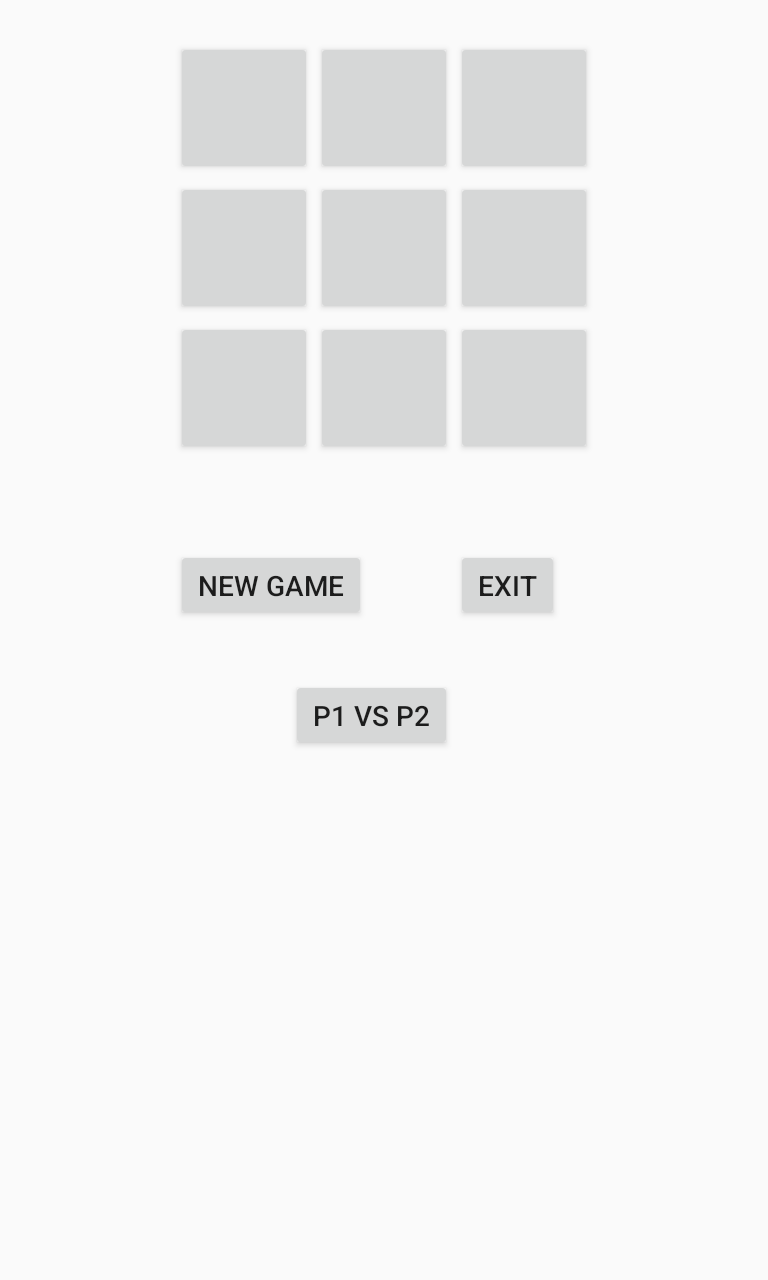
Repository: dtakiy/jogovelha
Layout: games/res/layout/activity_atividade2.xml
The author's editor kept a copy of each file at every save. The layout is drawn from the files as they stood at one save, then again after the next save.
It is drawn on a 768 x 1280 px phone screen (xhdpi) without system bars, with theme AppTheme; the app's code is not run.

Above is the layout before, as saved 2014-09-18 01:27:08.

### games/res/layout/activity_atividade2.xml
<?xml version="1.0" encoding="utf-8"?>
<RelativeLayout xmlns:android="http://schemas.android.com/apk/res/android"
    android:layout_width="match_parent"
    android:layout_height="match_parent"
    android:orientation="vertical" >

<Button
	    android:id="@+id/sq6"
	    android:layout_width="wrap_content"
	    android:layout_height="wrap_content"
	    android:layout_alignBaseline="@+id/sq5"
	    android:layout_alignBottom="@+id/sq5"
	    android:layout_toRightOf="@+id/sq5"
	    android:minHeight="70dip"
	    android:minWidth="70dip" />

	<Button
	    android:id="@+id/sq8"
	    android:layout_width="wrap_content"
	    android:layout_height="wrap_content"
	    android:layout_alignBaseline="@+id/sq7"
	    android:layout_alignBottom="@+id/sq7"
	    android:layout_toRightOf="@+id/sq4"
	    android:minHeight="70dip"
	    android:minWidth="70dip" />

	<Button
	    android:id="@+id/sq3"
	    android:layout_width="wrap_content"
	    android:layout_height="wrap_content"
	    android:layout_alignLeft="@+id/sq9"
	    android:layout_below="@+id/sq5"
	    android:minHeight="70dip"
	    android:minWidth="70dip" />

	<Button
	    android:id="@+id/sq5"
	    android:layout_width="wrap_content"
	    android:layout_height="wrap_content"
	    android:layout_below="@+id/sq1"
	    android:layout_toRightOf="@+id/sq1"
	    android:minHeight="70dip"
	    android:minWidth="70dip" />

	<Button
	    android:id="@+id/sq2"
	    android:layout_width="wrap_content"
	    android:layout_height="wrap_content"
	    android:layout_alignBaseline="@+id/sq9"
	    android:layout_alignBottom="@+id/sq9"
	    android:layout_centerHorizontal="true"
	    android:minHeight="70dip"
	    android:minWidth="70dip" />

	<Button
	    android:id="@+id/sq1"
	    android:layout_width="wrap_content"
	    android:layout_height="wrap_content"
	    android:layout_alignBaseline="@+id/sq2"
	    android:layout_alignBottom="@+id/sq2"
	    android:layout_toLeftOf="@+id/sq2"
	    android:minHeight="70dip"
	    android:minWidth="70dip" />

	<Button
	    android:id="@+id/sq9"
	    android:layout_width="wrap_content"
	    android:layout_height="wrap_content"
	    android:layout_alignTop="@+id/camporesultado"
	    android:layout_marginTop="19dp"
	    android:layout_toRightOf="@+id/sq2"
	    android:minHeight="70dip"
	    android:minWidth="70dip" />

	<Button
	    android:id="@+id/sq4"
	    android:layout_width="wrap_content"
	    android:layout_height="wrap_content"
	    android:layout_above="@+id/sq3"
	    android:layout_toLeftOf="@+id/sq5"
	    android:minHeight="70dip"
	    android:minWidth="70dip" />

	<Button
	    android:id="@+id/sq7"
	    android:layout_width="wrap_content"
	    android:layout_height="wrap_content"
	    android:layout_alignBaseline="@+id/sq3"
	    android:layout_alignBottom="@+id/sq3"
	    android:layout_toLeftOf="@+id/sq8"
	    android:minHeight="70dip"
	    android:minWidth="70dip" />

		<Button
		    android:id="@+id/newgame"
		    android:layout_width="wrap_content"
		    android:layout_height="wrap_content"
		    android:layout_alignBaseline="@+id/sair"
		    android:layout_alignBottom="@+id/sair"
		    android:layout_alignLeft="@+id/sq7"
		    android:minHeight="20dip"
		    android:minWidth="20dip"
		    android:text="@string/newgame" />

		<Button
		    android:id="@+id/sair"
		    android:layout_width="wrap_content"
		    android:layout_height="wrap_content"
		    android:layout_alignLeft="@+id/sq3"
		    android:layout_below="@+id/sq3"
		    android:layout_marginTop="44dp"
		    android:minHeight="20dip"
		    android:minWidth="20dip"
		    android:text="@string/sair" />

	  <Button
	      android:id="@+id/p1"
	      android:layout_width="wrap_content"
	      android:layout_height="wrap_content"
	      android:layout_below="@+id/newgame"
	      android:layout_marginTop="26dp"
	      android:layout_toLeftOf="@+id/sair"
	      android:minHeight="20dip"
	      android:minWidth="20dip"
	      android:text="@string/p1" />


</RelativeLayout>

### games/res/values/strings.xml
<?xml version="1.0" encoding="utf-8"?>
<resources>

    <string name="app_name">Tic Tac Game</string>
    <string name="hello_world">Welcome to Tic Tac Game</string>
    <string name="action_settings">Settings</string>
    <string name="sair">Exit</string>
    <string name="newgame">New Game</string>
    <string name="p1">P1 Vs P2</string>

</resources>

Loaded but not shown: games/res/values/styles.xml (common file); games/res/values-v11/styles.xml (common file); games/res/values-v14/styles.xml (common file); games/res/values/dimens.xml (common file); games/res/values-w820dp/dimens.xml (common file)

After the next save:
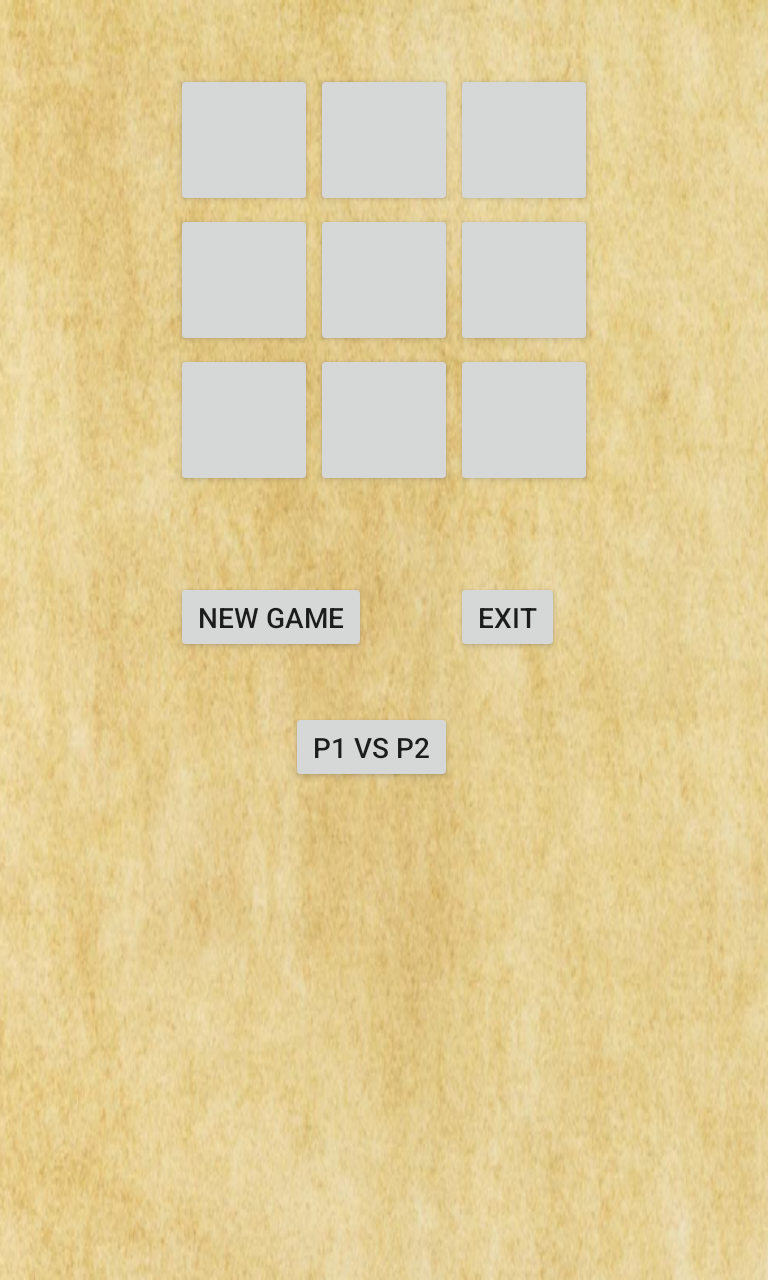
Saved 3 min 45 s later.
--- a/games/res/layout/activity_atividade2.xml
+++ b/games/res/layout/activity_atividade2.xml
@@ -1,8 +1,14 @@
 <?xml version="1.0" encoding="utf-8"?>
 <RelativeLayout xmlns:android="http://schemas.android.com/apk/res/android"
-    android:layout_width="match_parent"
-    android:layout_height="match_parent"
-    android:orientation="vertical" >
+    xmlns:tools="http://schemas.android.com/tools"
+    android:layout_width="fill_parent"
+    android:layout_height="fill_parent"
+    android:background="@drawable/background"
+    android:paddingBottom="@dimen/activity_vertical_margin"
+    android:paddingLeft="@dimen/activity_horizontal_margin"
+    android:paddingRight="@dimen/activity_horizontal_margin"
+    android:paddingTop="@dimen/activity_vertical_margin"
+    tools:context="com.example.games.Atividade2" >
 
 <Button
 	    android:id="@+id/sq6"
